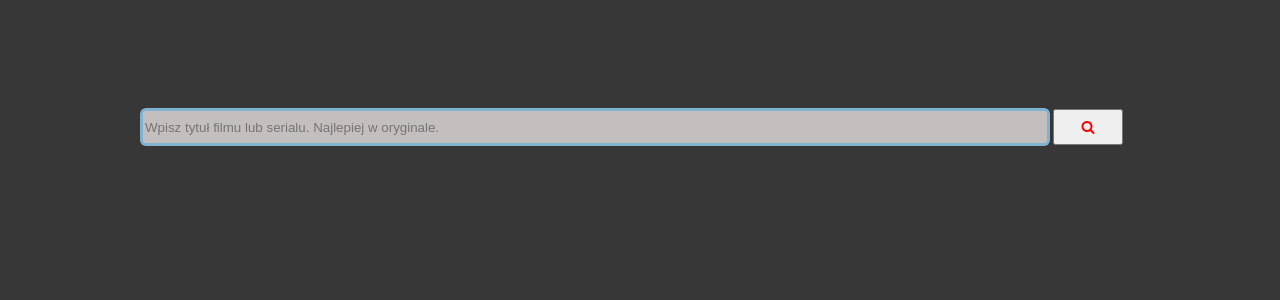
Repository: kq333/wyszukiarka-filmowa
Page: index.html
The author's editor kept a copy of each file at every save. The page is drawn from the files as they stood at one save, then again after the next save.
The browser window is 1280 px wide. The pictures show the whole page.
The style sheet was rebuilt from its Sass, Less or Tailwind sources for each picture, by a compiler version that may differ from the author's.

Above is the page before, as saved 2021-01-21 00:59:46.

### index.html
<!DOCTYPE html>
<!--[if lt IE 7]>      <html class="no-js lt-ie9 lt-ie8 lt-ie7"> <![endif]-->
<!--[if IE 7]>         <html class="no-js lt-ie9 lt-ie8"> <![endif]-->
<!--[if IE 8]>         <html class="no-js lt-ie9"> <![endif]-->
<!--[if gt IE 8]>      <html class="no-js"> <!--<![endif]-->
<html>
    <head>
        <meta charset="utf-8">
        <meta http-equiv="X-UA-Compatible" content="IE=edge">
        <title></title>
        <meta name="description" content="">
        <meta name="viewport" content="width=device-width, initial-scale=1">
        <link rel="stylesheet" href="style/style.css">
        <link rel="preconnect" href="https://fonts.gstatic.com">
        <link href="https://fonts.googleapis.com/css2?family=Lato:wght@100;400&display=swap" rel="stylesheet">
        <link rel="stylesheet" href="https://cdnjs.cloudflare.com/ajax/libs/font-awesome/4.7.0/css/font-awesome.min.css">
    </head>


    <body>
        <!--[if lt IE 7]>
            <p class="browsehappy">You are using an <strong>outdated</strong> browser. Please <a href="#">upgrade your browser</a> to improve your experience.</p>
        <![endif]-->

        <main>
            <div id="container">
                    <div class="searchBar">
                        <input id="search" type="text" placeholder="Wpisz tytuł filmu lub serialu. Najlepiej w oryginale." onfocus="this.value=''" required >
                        <button id="btn"></button>
                    </div>

                        <div class="movieTitle"></div>

                            <div class="mainContent">
                                <div class="leftSide">
                                    <div class="poster"></div>
                                </div>

                                    <div class="rightSide">
                                        <div class="director">
                                            <span class="NameD"></span>
                                            <span class="DirectorName"></span>
                                        </div>
                                            <div class="Actors">
                                                <span class="NameA"></span>
                                                <span class="ActorsName"></span>
                                            </div>
                                                <div class="Country">
                                                    <span class="NameC"></span>
                                                    <span class="CountryName"></span>
                                                </div>
                                                    <div class="Year">
                                                        <span class="NameY"></span>
                                                        <span class="YearName"></span>
                                                    </div>
                                                        <div class="Genre">
                                                            <span class="NameG"></span>
                                                            <span class="GenreName"></span>
                                                        </div>
                                                            <div class="Plot">
                                                                <span class="NameP"></span>
                                                                <span class="PlotName"></span>
                                                            </div>
                                                                <div class="Rating">
                                                                    <span class="NameR"></span>
                                                                    <span class="RatingName"></span>
                                                                </div>
                                    </div>
                            </div>
            </div>

            <footer>
                <div class="description"></div>
            </footer>
        </main>

        <script src="script.js" async>

        </script>
    </body>
</html>

### script.js


let btn = document.getElementById("btn");

btn.addEventListener('click', ()=>{


    let search = document.getElementById("search").value;
    document.querySelector(".poster").innerHTML ="";


    const url =   'http://www.omdbapi.com/?apikey=7bd5b2c8&t=';

    const result  = url + search;
    fetch(result)

  .then((res)=>{
      return res.json();
  })

  .then((data)=>{
     document.querySelector(".movieTitle").innerHTML = data.Title;
     document.querySelector(".NameD").innerHTML = "Reżyseria:";
     document.querySelector(".DirectorName").innerHTML = data.Director;
     document.querySelector(".NameA").innerHTML = "Występują:";
     document.querySelector(".ActorsName").innerHTML = data.Actors;
     document.querySelector(".NameC").innerHTML = "Kraj:";
     document.querySelector(".CountryName").innerHTML = data.Country;
     document.querySelector(".NameY").innerHTML = "Rok:";
     document.querySelector(".YearName").innerHTML = data.Released;
     document.querySelector(".NameG").innerHTML = "Gatunek:";
     document.querySelector(".GenreName").innerHTML = data.Genre;
     document.querySelector(".NameP").innerHTML = "Opis:";
     document.querySelector(".PlotName").innerHTML = data.Plot;
     document.querySelector(".NameR").innerHTML = "Ocena Imdb:";
     document.querySelector(".RatingName").innerHTML = data.imdbRating;




    let poster = data.Poster;

      createImage = () =>{
          const elem = document.createElement("img")
          document.querySelector(".poster").appendChild(elem);
          elem.src = poster;
      }
      createImage();
  })

 .catch((error)=>{
     alert(error)
 });





});

### style/style.scss
body{
    background-color: rgba(7, 6, 6, 0.8);
    font-family: 'Lato', sans-serif;
}

@mixin NameProperty{
    text-transform: uppercase;
    font-size: 20px;
    font-weight: bold;
    letter-spacing: 2px;
    color:rgba(143, 140, 140, 0.329);


}

@mixin rightSideProperty{
    text-transform: uppercase;
    font-size: 20px;
    color: rgba(143, 136, 136, 0.726);

}

@mixin description{
    height: auto;
    width: auto;
    margin-bottom: 10px;

}


#container{
    width:1000px;
    height: auto;
    margin:auto;
    display:grid;
    grid-template-columns: auto;
    grid-template-areas:"searchBar"
                        "movieTitle"

                        ;





.searchBar{
    grid-area:searchBar;
    margin:auto;
    margin-top:100px;
    width:1000px;



    #search{
        width: 90%;
        height: 30px;
        border-radius: 6px;
        border:3px solid rgba(84, 172, 223, 0.6);
        background-color: rgba(207, 202, 202, 0.932);






    }

    #btn{
        width: 70px;
        height: 36px;
        cursor: pointer;
        color:red;


        &::before{
            font: normal normal normal 14px/1 FontAwesome;
            content: '\f002';
            display:block;
        }





    }


}

.movieTitle{
    grid-area: movieTitle;
    margin:auto;
    margin-top:50px;
    margin-bottom: 50px;
    font-size: 60px;
    letter-spacing: 6px;
    text-transform: uppercase;
    color:rgba(107, 105, 105, 0.747);

}


.mainContent{
    width:1000px;
    margin:auto;
    display:grid;
    gap:10px;
    grid-template-columns: 40% 60%;
    grid-template-areas:"leftSide rightSide" ;


    .leftSide{
        grid-area:leftSide;

        .poster{
            width:auto;
            margin-left: 20px;

            img{
                width:auto;
                height:50vh;
            }

        }

    }


    .rightSide{

        grid-area:rightSide;
        margin:auto;



        .director{
            @include description;


            .NameD{

                @include NameProperty;

            }

            .DirectorName{
                @include rightSideProperty;


            }
        }

        .Actors{
            @include description;


            .NameA{

                @include NameProperty;

            }

            .ActorsName{
                @include rightSideProperty;


            }
        }

        .Country{
            @include description;

            .NameC{

                @include NameProperty;

            }

            .CountryName{
                @include rightSideProperty;


            }
        }

        .Year{
            @include description;

            .NameY{

                @include NameProperty;

            }

            .YearName{
                @include rightSideProperty;


            }
        }

        .Genre{
            @include description;

            .NameG{

                @include NameProperty;

            }

            .GenreName{
                @include rightSideProperty;


            }
        }

        .Plot{
            @include description;

            .NameP{

                @include NameProperty;

            }

            .PlotName{
                @include rightSideProperty;


            }
        }

        .Rating{
            @include description;

            .NameR{

                @include NameProperty;

            }

            .RatingName{
                @include rightSideProperty;


            }
        }
    }
}
};

After the next save:
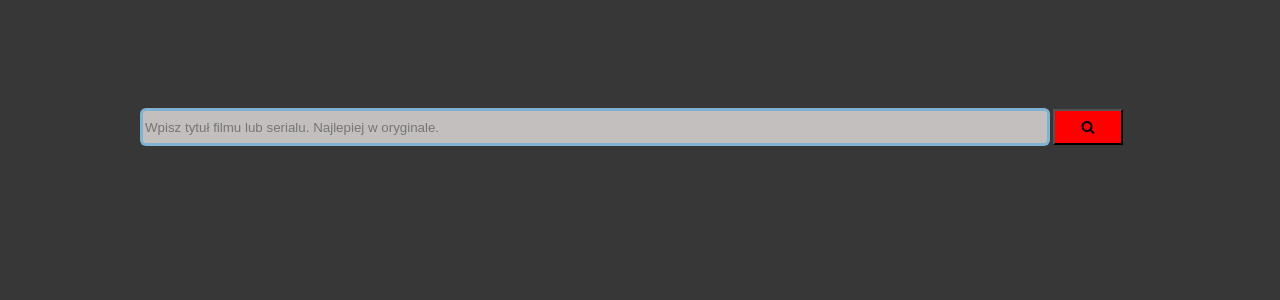
Saved 16 s later.
--- a/style/style.scss
+++ b/style/style.scss
@@ -69,7 +69,7 @@ body{
         width: 70px;
         height: 36px;
         cursor: pointer;
-        color:red;
+        background-color: red;
 
 
         &::before{
